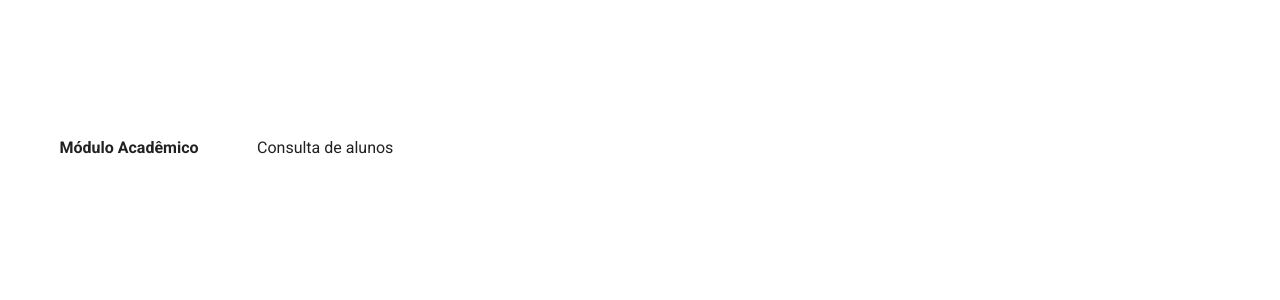
Repository: sergiohidekiono/vue-student
Page: /
An editor plug-in stored every save of this project. The page is shown before and after the next save, followed by the edit.
The browser window is 1280 px wide. The pictures show the whole page.
The project was rebuilt for these pictures with package versions that can differ from the ones it lists, and the page was loaded fresh each time. Also part of the build but not shown: vue.config.js.

Above is the page before, as saved 2024-08-07 09:17:06.

After the next save:
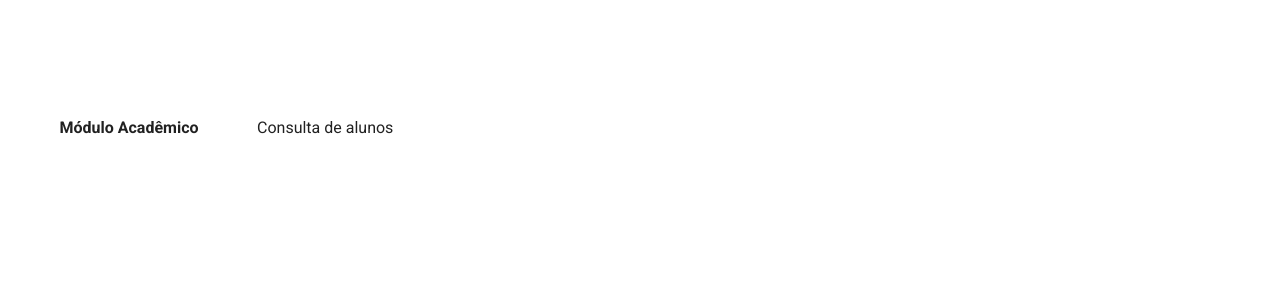
Saved 6 s later.
--- a/src/components/student-list.vue
+++ b/src/components/student-list.vue
@@ -2,7 +2,7 @@
     <v-container>
         <v-row>
             <div class="d-flex align-start">
-                <v-img :src="require('../assets/logo.png')" class="my-3" contain height="100" />
+                <v-img :src="require('../assets/logo.png')" class="my-3" contain height="80" />
             </div>
         </v-row>
         <v-row>
